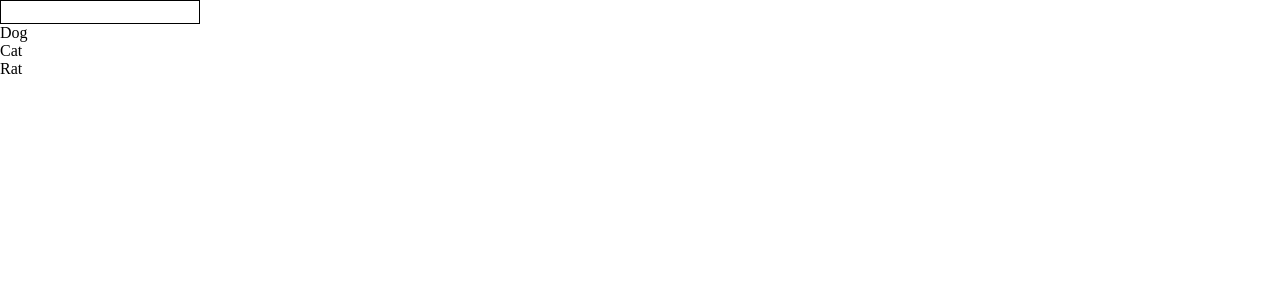
Repository: FujieRyou/react_practice
Page: /
An editor plug-in stored every save of this project. The page is shown before and after the next save, followed by the edit.
The browser window is 1280 px wide. The pictures show the whole page.
The project was rebuilt for these pictures with package versions that can differ from the ones it lists, and the page was loaded fresh each time. Also part of the build but not shown: vite.config.js, src/components/testComponent.jsx, src/components/todoComponent.jsx, src/components/countUp.jsx, src/components/switchFlag.jsx, src/components/props1.jsx, src/components/profile.jsx, src/components/ivent.jsx and 4 more.

Above is the page before, as saved 2023-01-24 14:08:12.

After the next save:
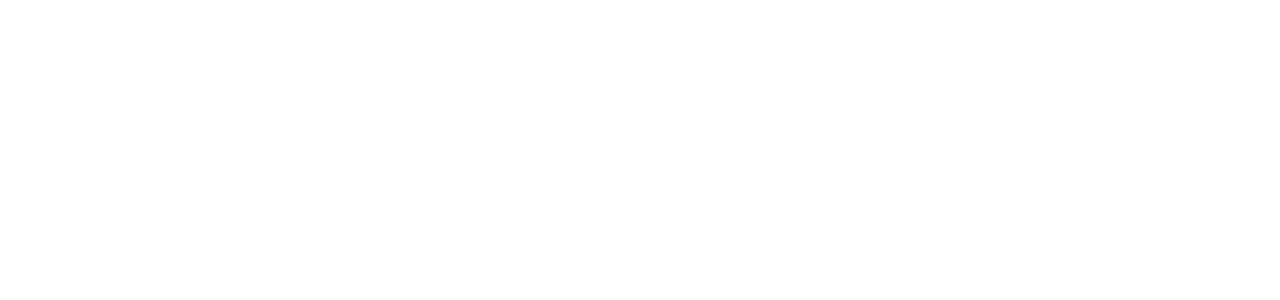
Console error: TypeError: animal.indexOf is not a function
Saved 2 min 45 s later.
--- a/src/components/ConditionalBranch.jsx
+++ b/src/components/ConditionalBranch.jsx
@@ -3,7 +3,6 @@
 const animals = ["Dog","Cat","Rat"];
 const ConditionalBranch = () =>{
     const [inputVal, setinputVal] = useState("")
-    const initialVal = animals.indexOf(inputVal)
 
     return(
         <div>
@@ -11,7 +10,9 @@
                 setinputVal(e.target.value)
             }} />
             <ul>
-                {animals.map((animal)=> (<li key={animal}>{animal}</li>))}
+                {animals.map((animal)=> (<li key={animal}>{animal}</li>))
+                        .filter((animal)=>(animal.indexOf(inputVal) !== -1))
+                }
             </ul>
         </div>
     )

After the 2 saves that followed:
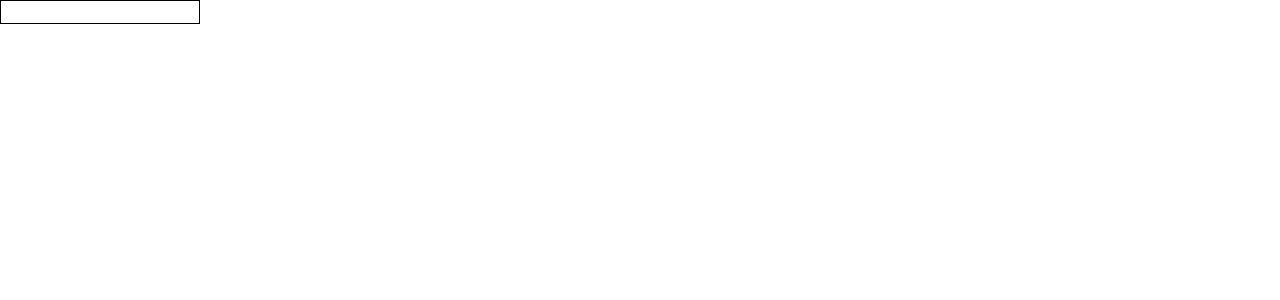
The error is gone.
The 2 saves are shown as one change because 1 left the picture as it was.
The last was saved 3 min 16 s later.
--- a/src/components/ConditionalBranch.jsx
+++ b/src/components/ConditionalBranch.jsx
@@ -10,9 +10,6 @@
                 setinputVal(e.target.value)
             }} />
             <ul>
-                {animals.map((animal)=> (<li key={animal}>{animal}</li>))
-                        .filter((animal)=>(animal.indexOf(inputVal) !== -1))
-                }
             </ul>
         </div>
     )
